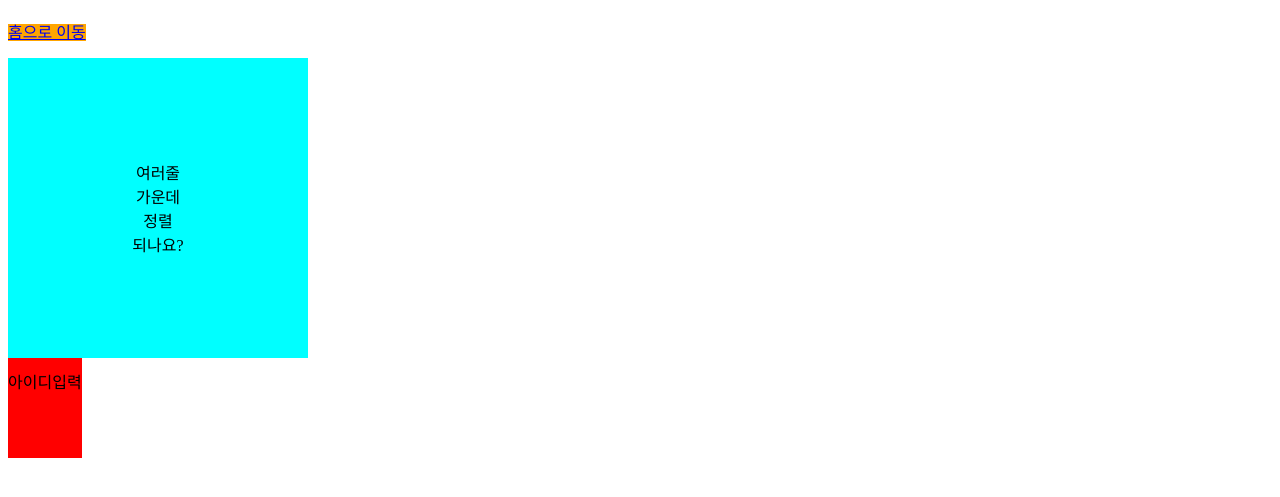
Repository: cleangggg/front
Page: css/ex12.html
The author's editor kept a copy of each file at every save. The page is drawn from the files as they stood at one save, then again after a run of saves.
The browser window is 1280 px wide. The pictures show the whole page.

Above is the page before, as saved 2023-05-25 04:16:55.

After the next 2 saves:
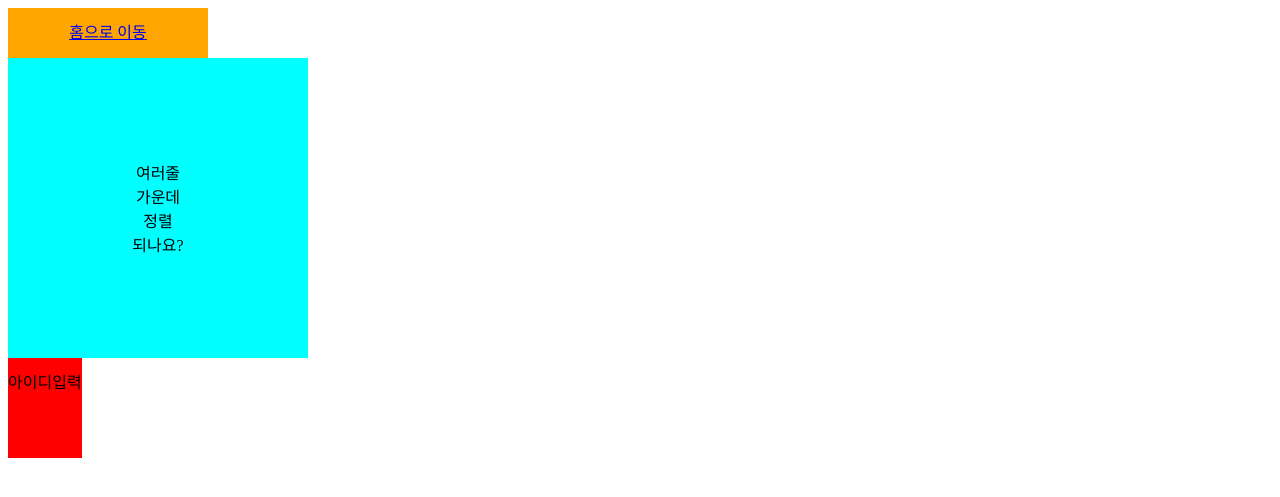
The 2 saves are shown as one change because they came seconds apart.
The last was saved 27 s later.
--- a/css/ex12.html
+++ b/css/ex12.html
@@ -8,7 +8,7 @@
 
 		background : orange;
 		height: 50px; width:200px;
-		display : inline-bloc; /* block에 width를 주는 효과 */
+		display : inline-block; /* block에 width를 주는 효과 */
 		line-height: 50px;
 		text-align: center;
 
